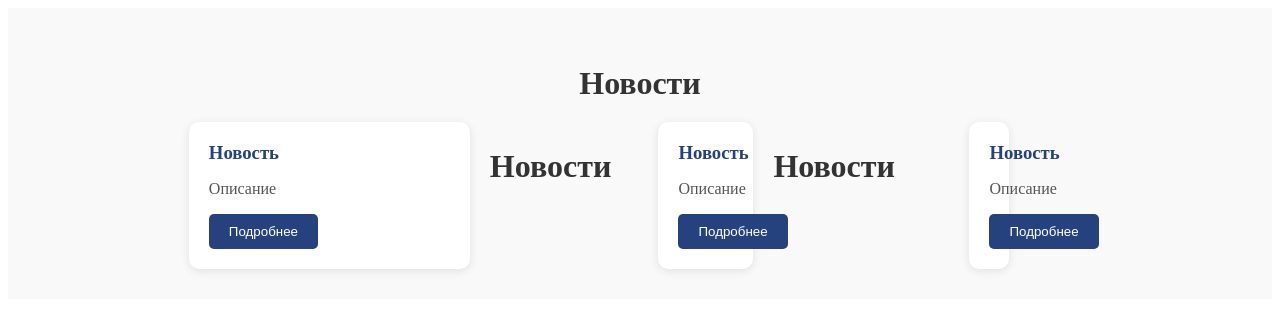
Repository: MaratLK/PLKFrontend
Page: Templates/NewsForIndex.html
An editor plug-in stored every save of this project. The page is shown before and after the next save, followed by the edit.
The browser window is 1280 px wide. The pictures show the whole page.

Above is the page before, as saved 2024-08-25 06:36:47.

After the next save:
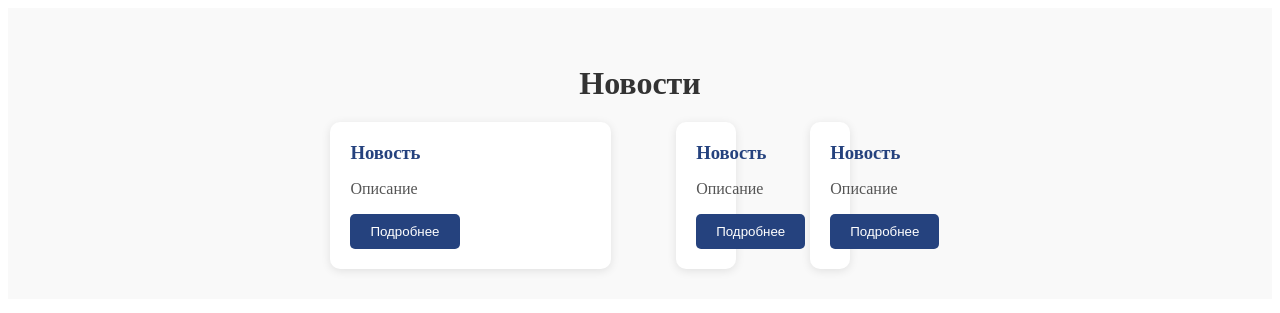
Saved 24 s later.
--- a/Templates/NewsForIndex.html
+++ b/Templates/NewsForIndex.html
@@ -62,15 +62,12 @@
                 <button class="open-modal" data-news="news1">Подробнее</button>
             </div>
 
-            <h2>Новости</h2>
             <div class="news-container">
                 <div class="news-card">
                     <h3>Новость</h3>
                     <p>Описание</p>
                     <button class="open-modal" data-news="news1">Подробнее</button>
                 </div>
-
-                <h2>Новости</h2>
                 <div class="news-container">
                     <div class="news-card">
                         <h3>Новость</h3>
